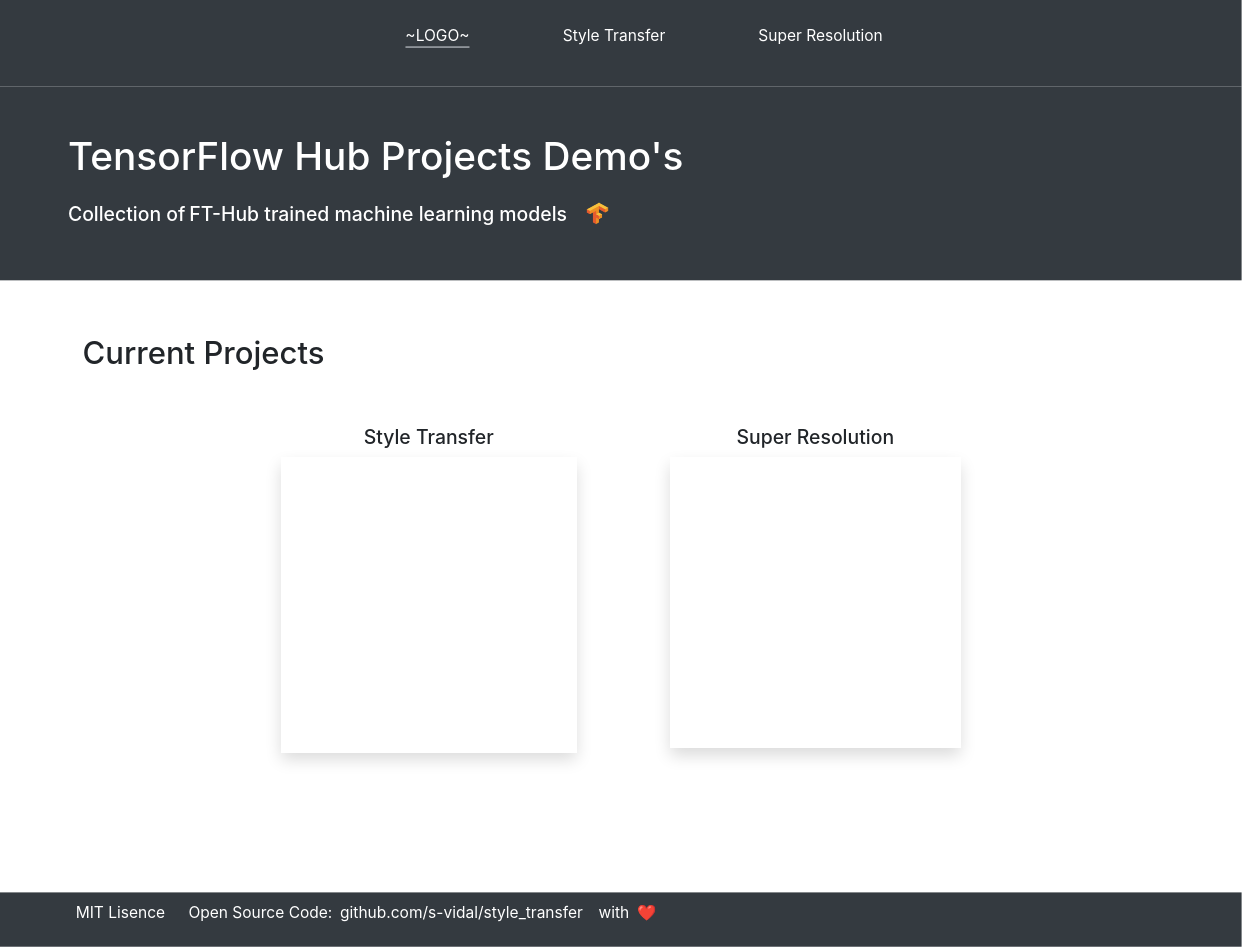
Repository: s-vidal/style_transfer
Page: / (app in client/)
These files come from the project's save history. The page is drawn as it stood at one moment and after the next save; the edit follows.
The browser window is 1280 px wide. The pictures show the whole page, at 97% of full size.
The pointer rests on the first visible `.home-item`.
The page's requests for data from a server got no answer. The project was rebuilt for these pictures with package versions that can differ from the ones it lists, and the page was loaded fresh each time. A package was used in the major version that the imports need, not the one package.json lists. No one was signed in, and anything a server would have sent is missing. Also part of the build but not shown: client/src/components/DropZone.jsx, client/src/lib/api.js, client/src/components/Inference.jsx, client/src/components/Header.jsx, client/src/pages/StyleTransfer.jsx, client/src/pages/SuperResolution.jsx.

Above is the page before, as saved 2020-09-30 14:32:51.

After the next save:
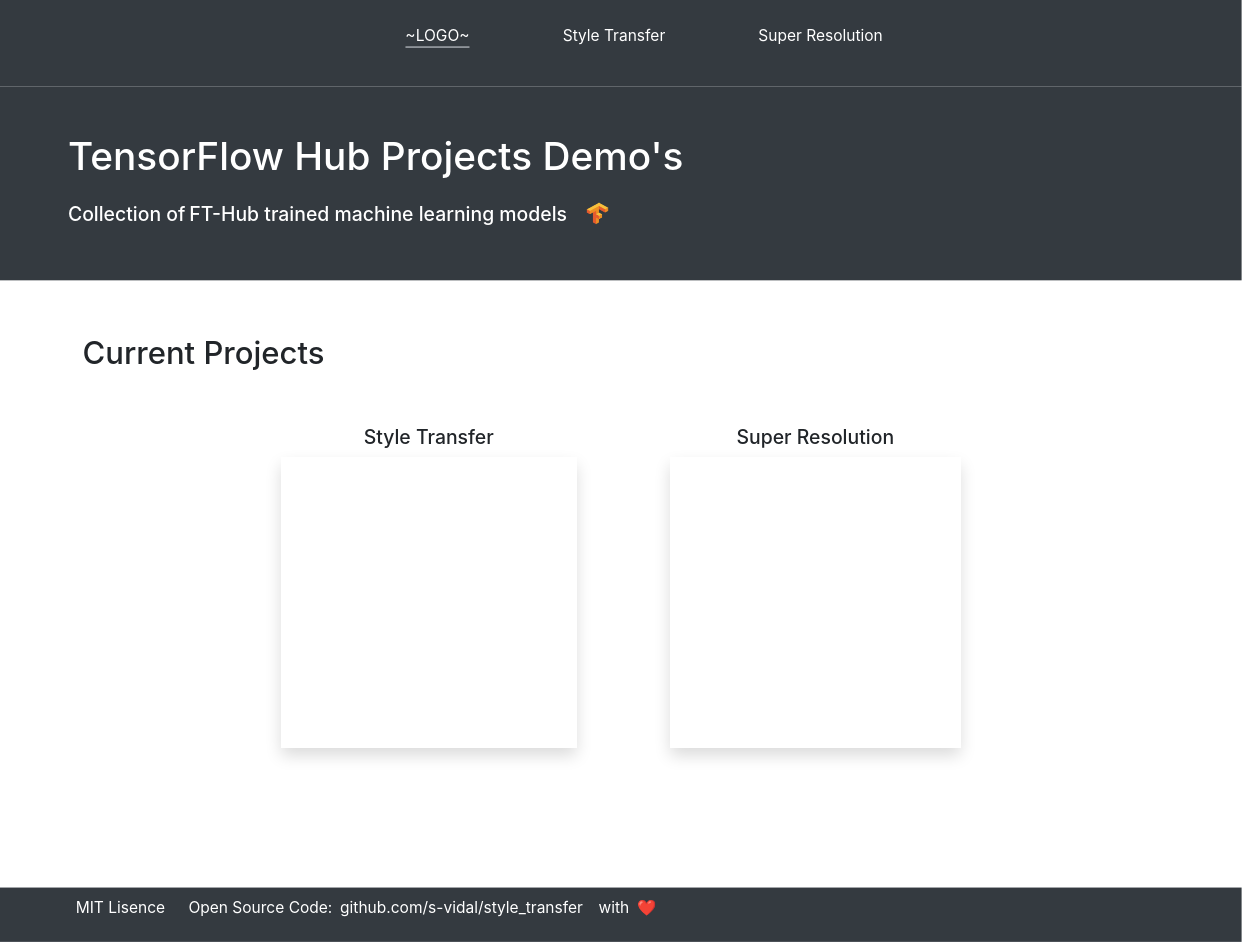
Saved 18 s later.
--- a/client/src/components/HomePage.css
+++ b/client/src/components/HomePage.css
@@ -5,5 +5,4 @@
 .home-item:hover {
   cursor: pointer;
   min-width: 305px;
-  min-height: 305px;
 }
